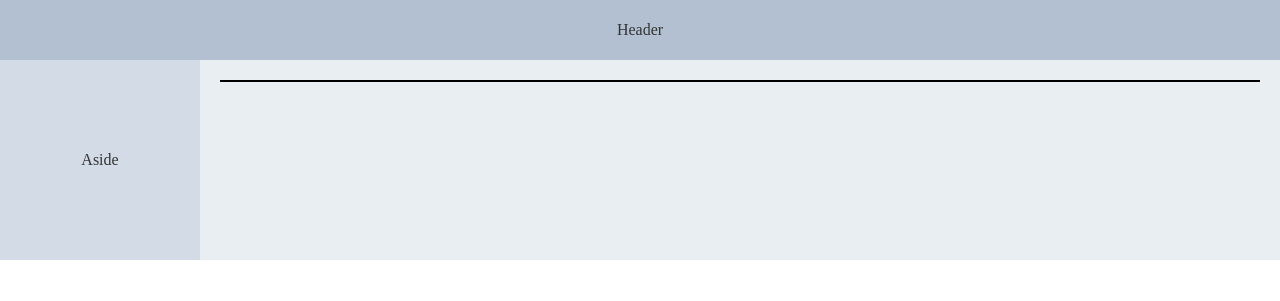
Repository: noob-injoker/router-slots-cw-ee
Page: /
An editor plug-in stored every save of this project. The page is shown before and after the next save, followed by the edit.
The browser window is 1280 px wide. The pictures show the whole page.
The project was rebuilt for these pictures with package versions that can differ from the ones it lists, and the page was loaded fresh each time. Also part of the build but not shown: vue.config.js, src/views/Home.vue.

Above is the page before, as saved 2020-08-29 23:30:19.

### src/main.js
import Vue from 'vue'
import App from './App.vue'
import router from './router'
import store from './store'
import './bus'
import ElementUI from 'element-ui'
import 'element-ui/lib/theme-chalk/index.css'

Vue.use(ElementUI)

Vue.config.productionTip = false

new Vue({
  router,
  store,
  render: h => h(App)
}).$mount('#app')

### src/App.vue
<template>
<div id="app">

  <router-view />

</div>
</template>

<style>
@import './styles/styles.scss';
@import './styles/common.scss';
</style>

### src/router/index.js
import Vue from 'vue'
import VueRouter from 'vue-router'
import Home from '../views/Home.vue'
import Layout from '../views/Layout.vue'

Vue.use(VueRouter)

  const routes = [
    {
      path: '/',
      name: 'Layout',
      component: Layout,
      children: [

        {
          path: 'Home',
          name: 'Home',
          component: Home
        }
        // ,
        // {
        //   path: 'cata',
        //   name: 'cata',
        //   component: () => import('../views/cata.vue')
        // }
      ]

    },
    {
      path:'/Login',
      name:"Login",
      component: () => import('../views/Login.vue'),
      meta:{
        title:'登录'
      }
    },
  // ,
  // {
  //   path: '/about',
  //   name: 'About',
  //   // route level code-splitting
  //   // this generates a separate chunk (about.[hash].js) for this route
  //   // which is lazy-loaded when the route is visited.
  //   component: () => import(/* webpackChunkName: "about" */ '../views/About.vue')
  // }

]

const router = new VueRouter({
  mode: 'history',
  base: process.env.BASE_URL,
  routes
})

export default router

### src/store/index.js
import Vue from 'vue'
import Vuex from 'vuex'
import user from './user/user'

Vue.use(Vuex)

export default new Vuex.Store({
  state: {
    some:""
  },
  mutations: {
    setSome(state,data){
      state.some = data
    }
  },
  actions: {
  },
  modules: {
    user
  }
})

### src/bus/index.js
import Vue from 'vue'
const bus = new Vue()
Vue.prototype.$bus = bus

### src/styles/styles.scss
.username .el-form-item__label,.password .el-form-item__label{
    text-align: left;
}
.button-box .el-button--primary{
    width: 160px;
}

### src/styles/common.scss
*{
  margin: 0px;
  padding: 0px;
}

.df{
  display: flex;
}
.f-1{
  flex: 1;
}
.j-center{
  display: flex;
  justify-content: center;

}
.j-bettween{
  display: flex;
  justify-content: space-between;

}
.j-around{
  display: flex;
  justify-content: space-around;
}
.j-end{
  display: flex;
  justify-content: flex-end;
}
.a-center{
  align-items: center;
}
.f-column{
  display: flex;
  flex-direction: column;
}
.p-r{
  position: relative;
}
.p-a{
  position: absolute;
}

.r1{
  border: 1px solid red;
}
.y1{
  border: 1px solid yellow;
}
.b1{
  border: 1px solid black;
}

.l-height32{
  line-height: 32px;
}
.w100{

  width: 100%;

}
.t-center{
  text-align: center;

}
.f12{
  font-size: 12px;
}

.w1170{
  width: 1170px;
}
.h100{
  height: 100px;
}
.h70{
  height: 70px;
}
.h436{
  height: 436px;
}
.h350{
  height: 350px;
}
.w1070{
  width: 1070px;
}
.h1590{
  height: 1590px;
}
.h726{
  height: 726px;
}
.w1054{
  width: 1054px;
}
.h160{
  height: 160px;
}
.w732{
  width: 732px;
}
.b2{
  border: 2px solid black;
}
.h434{
  height: 434px;

}
.h600{
  height: 600px;
}
.w1078{
  width: 1078px;
}
.h362{
  height: 362px;
}
.fs16{
  font-size: 16px;
}
.w652{
  width: 652px;

}
.h82{
  height: 82px;
}
.w1064{
  width: 1064px;
}
.h352{
  height: 352px;
}
.w286{
  width: 286px;
}
.h22{
  height: 22px;
}
.w290{
  width: 290px;
}
.h330{
  height: 330px;
}
.mt40{
  margin-top: 40px;
}
.h724{
  height: 724px;
}
.h630{
  height: 630px;

}
.w1058{
  width: 1058px;
}
.h160{
  height: 160px;
}
.w290{
  width: 290px;
}
.w738{
  width: 738px;
}
.w1170{
  width: 1170;
}
.h468{
  height: 468px;
}
.mt20{
  margin-top: 20px;
}
.h318{
  height: 318px;
}
.w652{
  width: 652px;
}
.w370{
  width: 370px;
}
.h314{
  height: 314px;
}
.g1{
  border: 1px solid gray;
}
.w146{
  width: 146px;
}
.box_content3_pic img{
  width: 100%;
  height: 100%;
}
.w488{
  width: 488px;
}
.h420{
  height: 420px;
}
.h234{
  height: 234px;
}
.w950{
  width: 950px;
}
.h68{
  height: 68px;
}
.w124{
  width: 124px;
}
.h50{
  height: 50px;
}
.w190{
  width: 190px;
}
.h44{
  height: 44px;
}
.w184{
  width: 184px;
}
.h32{
  height: 32px;
}
.h400{
  height: 400px;
}
.w1200{
  width: 1200px;
}
.w950{
  width: 950px;

}
.h630{
  height: 630px;
}
.h188{
  height: 188px;
}
.h380{
  height: 380px;
}
.h335{
  height: 335px;
}
.h138{
  height: 138px;
}
.w238{
  width: 238px;
}
.h668{
  height: 668px;
}
.h446{
  height: 446px;
}
.w460{
  width: 460px;
}
.w140{
  width: 140px;
}
.h140{
  height: 140px;
}
.w320{
  width: 320px;
}
.w950{
  width: 950px;

}
.h498{
  height: 498px;
}
.h100{
  height: 100px;
}
.h398{
  height: 398px;
}
.mb10{
  margin-bottom: 10px;
}
.w358{
  width: 358px;
}
.w440{
  width: 440px;
}
.w119{
  width: 119px;
}
.h30{
  height: 30px;
}
.w59{
  width: 59px;
}
.h88{
  height: 88px;
}
.w1000{
  width: 1000px;
}
.height{
  height: 460px;
}
.w120{
  width: 120px;
}
.h70{
  height: 70px;
}
.fs12{
  font-size: 12px;
}
.fs14{
  font-size: 14px;
}
.h509{
  height: 509px;
}
.w644{
  width: 644px;
}
.w274{
  width: 274px;
}
.w162{
  width: 274px;
}
.h104{
  height: 104px;
}
.w450{
  width: 450px;
}
.w162{
  width: 162px;
}
.h38{
  height: 38px;
}
.h40{
  height: 40px;
}
.w276{
  width: 276px;
}
.h320{
  height: 320px;
}
.w274{
  width: 274px;

}
.h76{
  height: 76px;
}
.h84{
  height: 84px;
}
.h140{
  height: 140px;
}
.h72{
  height: 72px;
}
.h80{
  height: 80px;
}
.h140{
  height: 140px;
}
.w98{
  width: 98px;
}
.w172{
  width: 172px;
}
.h310{
  height: 310px;
}
.h150{
  height: 150px;
}
.h40{
  height: 40px;
}
.pr{
  position: relative;
}
.pa{
  position: absolute;
}
.h176{
  height: 176px;
}
.w920{
  width: 920px;
}
.h122{
  height: 122px;
}
.h145{
  height: 145px;
}
.h108{
  height: 108px;
}
.h48{
  height: 48px;
}
.w612{
  width: 612px;
}
.h36{
  height: 36px;
}
.w322{
  width: 322px;
}
.w1002{
  width: 1002px;
}
.h98{
  height: 98px;
}
.h44{
  height: 44px;
}

.h328{
  height: 328px;
}
.w670{
  width: 670px;
}
.w258{
  width: 258px;
}
.h368{
  height: 368px;
}
.h308{
  height: 308px;
}
.w332{
  width: 332px;
}
.h590{
  height: 590px;
}
.h466{
  height: 466px;
}
.w242{
  width: 242px;
}
.w732{
  width: 732px;
}
.h42{
  height: 42px;
}
.w420{
  width: 420px;
}
.w270{
  width: 270px;
}
.w730{
  width: 730px;
}
.h150{
  height: 150px;
}
.w270{
  width: 270px;
}
.h120{
  height: 120px;
}
.w420{
  width: 420px;
}

.h150{
  height: 150px;
}
.w244{
  width: 244px;

}
.h276{
  height: 276px;
}
.h42{
  height: 42px;
}
.h490{
  height: 490px;
}
.f1{
  flex: 1;
}
.f5{
  flex: 5;
}
.h64{
  height: 64px;
}
.m-l-20{
  margin-left: 20px;
}
.p-l-8{

  padding-left: 8px;
}
.cw{
  color: white;
}
.bg_blue{
  background: rgb(87, 87, 128);
}
.p10{
  padding:10px;
}
.m-t-40{
  margin-top: 40px;
}
.m-t-10{
  margin-top: 10px;
}
.wb20{
  width: 20%;
}
.wb24{
  width: 24%;
}
.hb30{
  height: 30%;
}
.h60{
  height: 60px;
}
.fs22{
  font-size: 40px;
}
.h50{
  height: 50px;
}
.w200{
  width: 200px;
}
.m-t-10{
  margin-top: 10px;
}
.fw7{
  font-weight: 700;
}
.w200{
  width: 200px;
}
.h200{
  height: 200px;
}
.h602{
  height: 602px;
}
.h608{
  height: 607px;
}
.m-l-r-20{
  margin-left: 20px;
  margin-right: 20px;
}
.bgwhite{
  background: white;
}
.fixed{
  position: fixed;
}
.m-l-r-15{
  margin-left: 15px;
  margin-right: 15px;
}
.m-l-10{
  margin-left: 10px;
}
.m-t-15{
  margin-top:15px
}
.h40{
  height: 40px;
}
.bgw{
  background: white;
}
.h30{
  height: 30px;
}
.wb100{
  width: 100%;
}
.w300{
  width: 400px;
}
.h40{
  height: 40px;
}
.m-b-20{
  margin-bottom: 20px;
}
.m-t-20{
  margin-top: 20px;
}
.m-r-30{
  margin-right:30px;
}
.ccc{
  display: flex;
  align-items: center;
  justify-content: center;
}
.w00{
  width: 100%;

}
.h00{
  height: 100%;
}
.bgBlue{
  background: blue;
}
.bgBlack{
  background: black;
}
.bgGreen{
  background: green;
}

### src/views/Layout.vue
<template>
<div>
  <el-container>
    <el-header>Header</el-header>
    <el-container>
      <el-aside width="200px">Aside</el-aside>
      <el-main>

        <div class="b1">
          <router-view></router-view>
        </div>

      </el-main>
    </el-container>
  </el-container>
</div>
</template>

<script>
export default {
  name: '',
  props: {},
  components: {

  },
  data() {
    return {

    }
  },
  methods: {

  },
  mounted() {

  },
  watch: {

  },
  computed: {

  }
}
</script>

<style lang="scss" scoped>
.el-header,
.el-footer {
  background-color: #B3C0D1;
  color: #333;
  text-align: center;
  line-height: 60px;
}

.el-aside {
  background-color: #D3DCE6;
  color: #333;
  text-align: center;
  line-height: 200px;
}

.el-main {
  background-color: #E9EEF3;
  color: #333;
  text-align: center;
  line-height: 160px;
}

body>.el-container {
  margin-bottom: 40px;
}

.el-container:nth-child(5) .el-aside,
.el-container:nth-child(6) .el-aside {
  line-height: 260px;
}

.el-container:nth-child(7) .el-aside {
  line-height: 320px;
}
</style>

### src/store/user/user.js
import api from '../../http/api'
import router from '../../router'
import {Message} from 'element-ui'

export default {
  // 开启命名空间 这个文件就是单独的一个vuex的模块
  namespaced: true,
  state: {
    menus: []
  },
  mutations: {
    setMenus(state, data) {
      state.menus = data
    }
  },
  actions: {
    // 所有的请求都写在actions里面
    // action里面的方法可以传两个参数 第一个参数是整个store(vuex对象) 第二个参数是请求的参数
    async getMenus({commit}) {
      let res = await api.getMenus()
      if (res.meta.status === 200) {
        // 提交mutation
        commit('setMenus', res.data)
      }
    },
    async login({commit}, {username, password}) {
      console.log(commit);
      let res = await api.login({
        username,
        password
      })
      if (res.meta.status === 200) {
        // 存储信息
        localStorage.setItem('adminToken', res.data.token)
        localStorage.setItem('adminUser', JSON.stringify(res.data))
        // 跳转路由
        router.push('/Home')
        // 提示用户
        Message.success('登录成功')
      } else {
        Message.error(res.meta.msg)
      }
    }
    // getMenus() {
    //   api.getMenus().then().catch()
    // }
  },
}

### src/http/api.js
import service from './index'

export default {
  login({username, password}) {
    return service.post('/login', {
      username,
      password
    })
  },
  getMenus() {
    return service.get('menus')
  }
}

### src/http/index.js
import axios from 'axios'
import nprogress from 'nprogress'
import {Message} from 'element-ui'


// 运行环境: 本地环境:devlpment 和线上(生产)环境: production
const isPro = process.env.NODE_ENV === 'production'

// 创建一个axios的实例
const service = axios.create({
  // 基础路径: 需要根据当前的运行环境来判断
  baseURL: isPro ? '线上的接口路径' : '/api',
  // 超时时间
  timeout: 100000
})


// 请求拦截: 每一次发请求都会做的事情
service.interceptors.request.use((config) => {
  nprogress.start()
  // 前后端鉴权
  // jwt: JSON WEB TOKEN
  // 登录成功之后 后端会返回一个令牌
  let token = localStorage.getItem('adminToken')
  if (token) {
    // 需要在请求头当中添加token
    config.headers['Authorization'] = token
  }
  return config
}, err => {
  nprogress.done()
  return Promise.reject(err)
})


// 响应拦截: 每一次接口返回数据的时候都会做的事情
service.interceptors.response.use((res) => {
  nprogress.done()
  return res.data
}, err => {
  if (err.response && err.response.status) {
    // 错误请求的状态码
    let status = err.response.status
    if (status === 400) {
      Message.error('参数错误')
    }
    if (status === 401) {
      Message.error('登录过期,请重新登录')
    }
    if (status === 403) {
      Message.error('没有权限')
    }
    if (status === 404) {
      Message.error('接口路径错误')
    }
    if (status === 500) {
      Message.error('服务器出错')
    }
    if (status === 503) {
      Message.error('服务器在维护')
    }
  }
  return Promise.reject(err)
})


export default service

Loaded but not shown: public/index.html (common file)

After the next save:
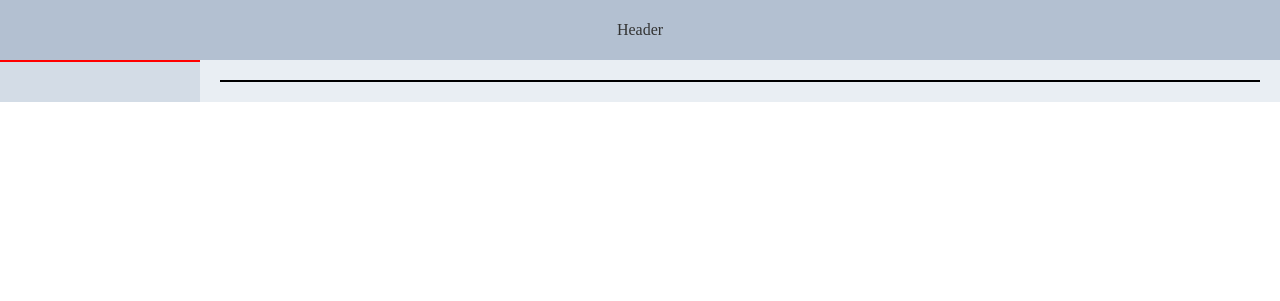
Saved 37 s later.
--- a/src/views/Layout.vue
+++ b/src/views/Layout.vue
@@ -3,7 +3,9 @@
   <el-container>
     <el-header>Header</el-header>
     <el-container>
-      <el-aside width="200px">Aside</el-aside>
+      <el-aside width="200px">
+      <div class="r1"></div>
+      </el-aside>
       <el-main>
 
         <div class="b1">

After the save that followed:
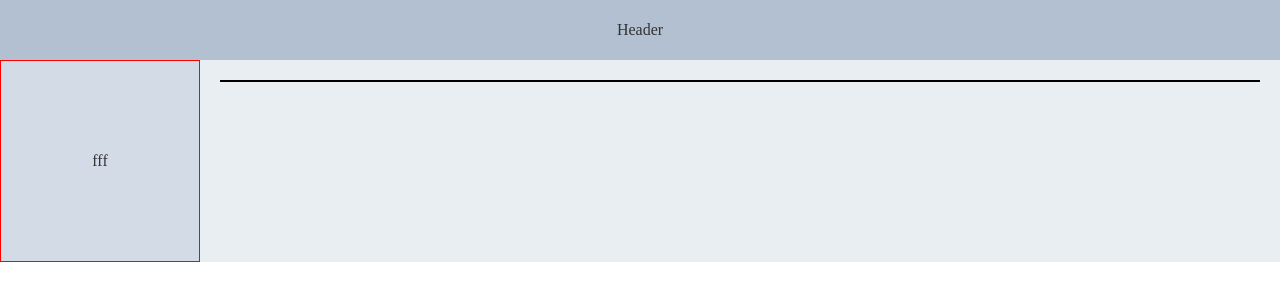
Saved 15 s later.
--- a/src/views/Layout.vue
+++ b/src/views/Layout.vue
@@ -4,7 +4,7 @@
     <el-header>Header</el-header>
     <el-container>
       <el-aside width="200px">
-      <div class="r1"></div>
+      <div class="r1">fff</div>
       </el-aside>
       <el-main>
 
